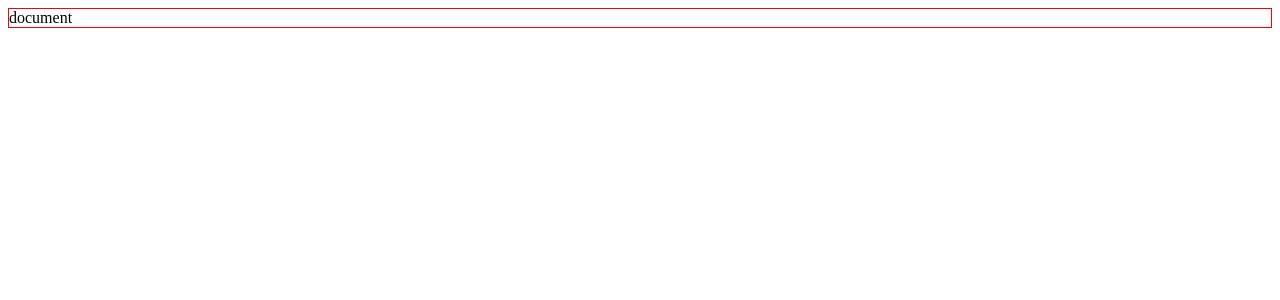
Repository: rightsecond3/java52
Page: workspace_script/dev_html/WebContent/js_document/document_1.html
An editor plug-in stored every save of this project. The page is shown before and after the next save, followed by the edit.
The browser window is 1280 px wide. The pictures show the whole page.

Above is the page before, as saved 2019-06-12 03:44:19.

After the next save:
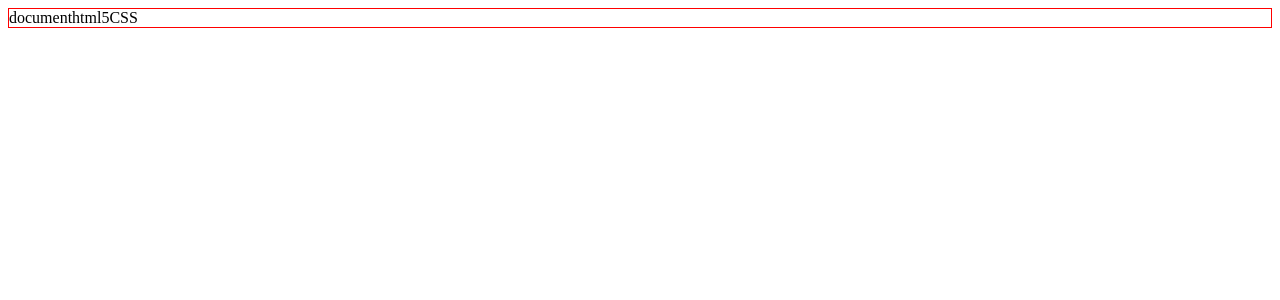
Saved 21 s later.
--- a/workspace_script/dev_html/WebContent/js_document/document_1.html
+++ b/workspace_script/dev_html/WebContent/js_document/document_1.html
@@ -23,7 +23,7 @@
     /* 자바 스크립트를 이용 document 객체의 API를 이용해서 div를 실행시킬 수 잇다. */
     // write -> 브라우저에 텍스트를 써주는 함수
         document.write("<div id='parent'>");
-        document.write("document");
+        document.write("document", "html5", "CSS");
         document.write("</div>");
     </script>
 </body>
